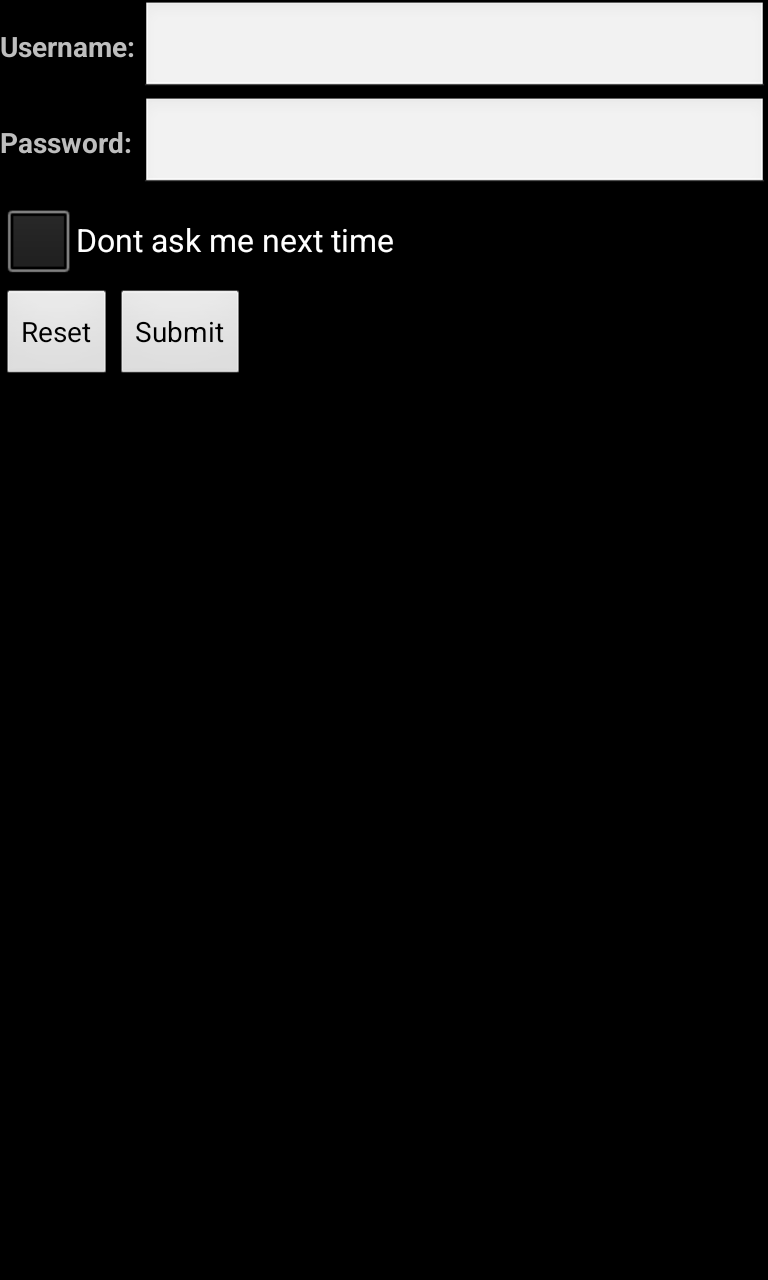
Repository: World-Three-Technologies/Masxaro-Prototype
Layout: Android/W3T/res/layout/main_login.xml
The author's editor kept a copy of each file at every save. The layout is drawn from the files as they stood at one save, then again after the next save.
It is drawn on a 768 x 1280 px phone screen (xhdpi) without system bars, with theme android:Theme; the app's code is not run.

Above is the layout before, as saved 2011-06-03 08:15:50.

After the next save:
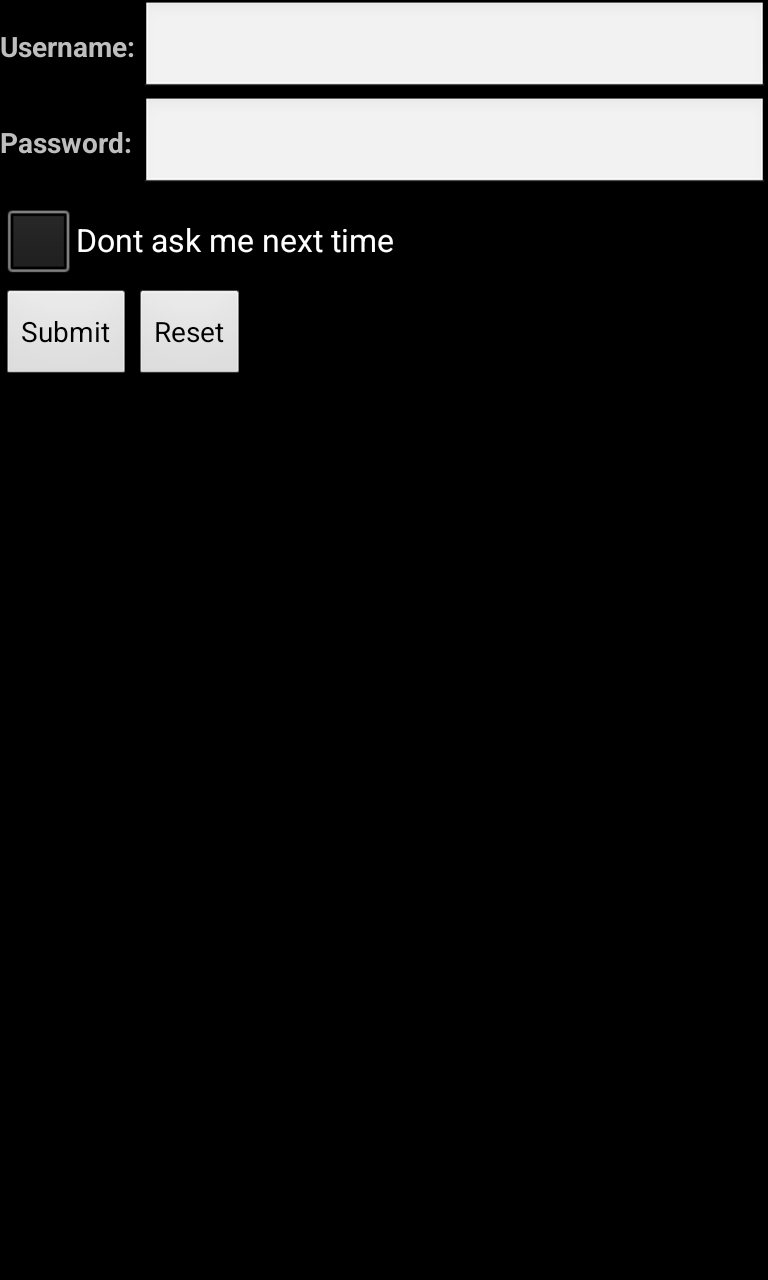
Saved 84 s later.
--- a/Android/W3T/res/layout/main_login.xml
+++ b/Android/W3T/res/layout/main_login.xml
@@ -46,18 +46,18 @@
 
 	<LinearLayout android:orientation="horizontal"
 		android:layout_width="fill_parent" android:layout_height="wrap_content"
+		android:layout_gravity="center_horizontal"
 	>
+		<Button android:text="Submit"
+			android:id="@+id/submit_button"
+			android:layout_height="wrap_content" android:layout_width="wrap_content"
+			android:layout_gravity="fill_vertical"
+		/>
 	    <Button android:text="Reset"
 			android:id="@+id/reset_button"
 			android:layout_height="wrap_content" android:layout_width="wrap_content"
 			android:layout_gravity="left"
 		/>
-		<Button android:text="Submit"
-			android:id="@+id/submit_button"
-			android:layout_height="wrap_content" android:layout_width="wrap_content"
-			android:layout_gravity="fill_vertical"
-
-		/>
 	</LinearLayout>
 
 </LinearLayout>
